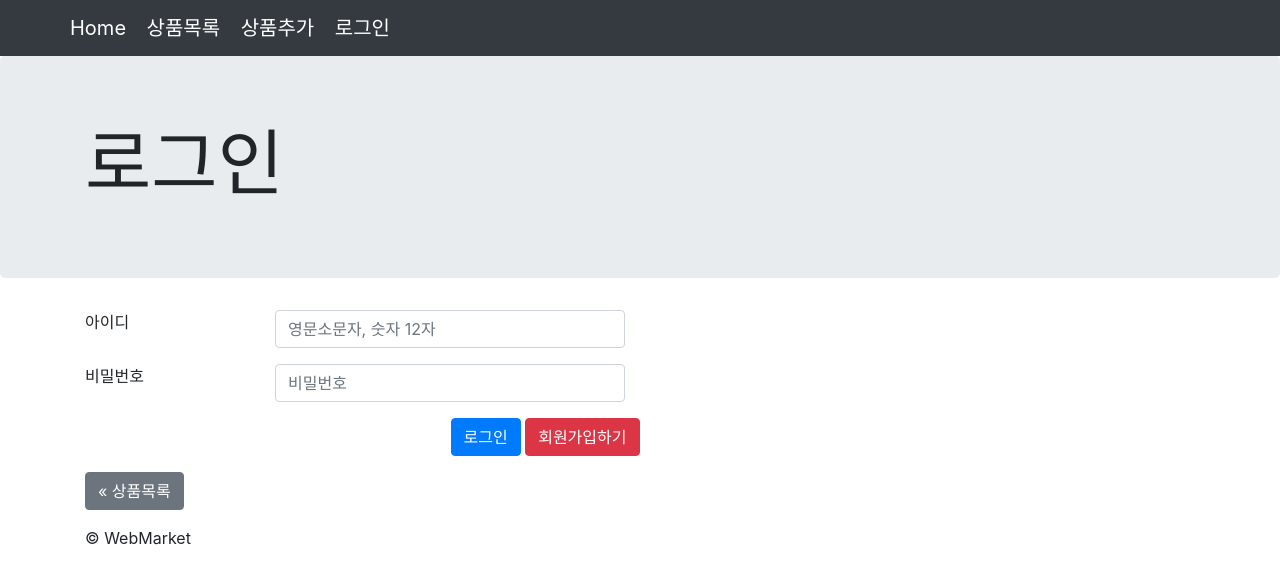
Repository: davisbyun/ai
Page: http://localhost/WebMarket/member/login.jsp
An editor plug-in stored every save of this project. The page is shown before and after the next save, followed by the edit.
The browser window is 1280 px wide. The pictures show the whole page.
The page is served by Tomcat 9. Other server files are loaded and not shown.

Above is the page before, as saved 2024-01-26 02:19:50.

### WebMarket/src/main/webapp/member/login.jsp
<%@ page language="java" contentType="text/html; charset=UTF-8"
    pageEncoding="UTF-8"%>
<%@ page import="java.net.*" %>
<!DOCTYPE html>
<html>
<head>
<meta charset="UTF-8">
<title> ./member/login.jsp </title>
<link rel="stylesheet" href="./css/bootstrap.min.css" />

</head>
<body>
  <jsp:include page="../menu.jsp"></jsp:include>
  <div class="jumbotron">
    <div class="container">
        <h1 class="display-3"> 로그인 </h1>
    </div>
  </div>
  <div class="container">
     <form action="#"  name="login" class="form-horizontal"  method="post">

         <div class="form-group row">
            <label class="col-sm-2 f1"> 아이디 </label>
            <div class="col-sm-4">
                <input type="text" name="id" id="id" placeholder="영문소문자, 숫자 12자"  class="form-control">
            </div>
         </div>

         <div class="form-group row">
            <label class="col-sm-2 f1"> 비밀번호 </label>
            <div class="col-sm-4">
                <input type="password" name="pwd"  id="pwd"  placeholder="비밀번호" class="form-control">
            </div>
         </div>
                  <div class="form-group row">
            <div class="col-sm-offset-2  col-sm-10  col  text-center">
                <input type="submit"  class="btn btn-primary f1" value="로그인" >
                 <input type="reset"  class="btn btn-danger f1" value="회원가입하기">
            </div>
         </div>

    </form>
  </div>

  <div class ="container">
     <p> <a href="products.jsp"  class="btn btn-secondary"> &laquo; 상품목록 </a>
  </div>
  <jsp:include page="../footer.jsp"></jsp:include>

</body>
</html>

### WebMarket/src/main/webapp/menu.jsp
<%@ page language="java" contentType="text/html; charset=UTF-8"
    pageEncoding="UTF-8"%>
<!DOCTYPE html>
<html>
<head>
<meta charset="UTF-8">
<title>Insert title here</title>
<link rel="stylesheet" href="https://cdn.jsdelivr.net/npm/bootstrap@4.0.0/dist/css/bootstrap.min.css" integrity="sha384-Gn5384xqQ1aoWXA+058RXPxPg6fy4IWvTNh0E263XmFcJlSAwiGgFAW/dAiS6JXm" crossorigin="anonymous">
</head>
<body>
	 <nav class="navbar navbar-expand navbar-dark bg-dark">
    <div class="container">
        <div class="navbar-header">
            <a class="navbar-brand" href="./welcome.jsp">Home</a>
            <a class="navbar-brand" href="./products.jsp">상품목록</a>
            <a class="navbar-brand" href="./addProduct.jsp">상품추가</a>
             <a class="navbar-brand" href="./member/login.jsp">로그인</a>
         </div>
     </div>
   </nav>
</body>
</html>

### WebMarket/src/main/webapp/footer.jsp
<%@ page language="java" contentType="text/html; charset=UTF-8"
    pageEncoding="UTF-8"%>
<!DOCTYPE html>
<html>
<head>
<meta charset="UTF-8">
<title>Insert title here</title>
 <link rel="stylesheet" href="https://cdn.jsdelivr.net/npm/bootstrap@4.0.0/dist/css/bootstrap.min.css" integrity="sha384-Gn5384xqQ1aoWXA+058RXPxPg6fy4IWvTNh0E263XmFcJlSAwiGgFAW/dAiS6JXm" crossorigin="anonymous">
</head>
<body>
     <footer class="container">
	    <p>&copy; WebMarket</p>
	 </footer>
</body>
</html>

Loaded but not shown: WebMarket/src/main/webapp/css/bootstrap.min.css (library)

After the next save:
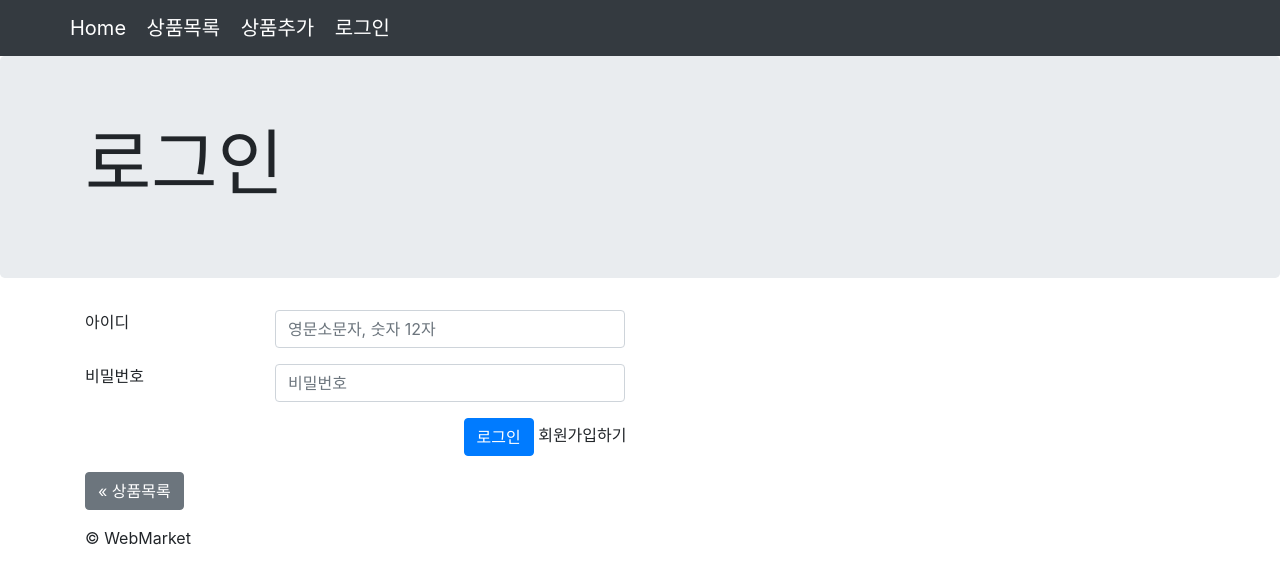
Saved 75 s later.
--- a/WebMarket/src/main/webapp/member/login.jsp
+++ b/WebMarket/src/main/webapp/member/login.jsp
@@ -35,7 +35,7 @@
                   <div class="form-group row">
             <div class="col-sm-offset-2  col-sm-10  col  text-center">
                 <input type="submit"  class="btn btn-primary f1" value="로그인" >
-                 <input type="reset"  class="btn btn-danger f1" value="회원가입하기">
+               <a herf="join.jsp"> 회원가입하기 </a>
             </div>
          </div>
 
